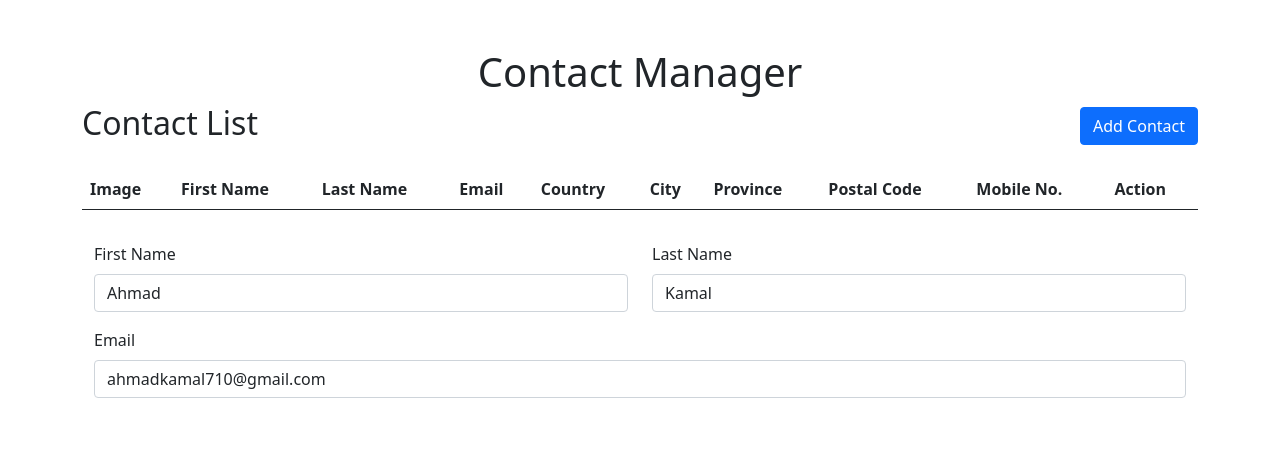
Repository: ahmadunitedsol710/contact-project
Page: /
An editor plug-in stored every save of this project. The page is shown before and after a run of saves, followed by the edit.
The browser window is 1280 px wide. The pictures show the whole page.
The project was rebuilt for these pictures with package versions that can differ from the ones it lists, and the page was loaded fresh each time. Also part of the build but not shown: src/Components/AddContact.js.

Above is the page before, as saved 2024-07-25 16:01:16.

After the next 4 saves:
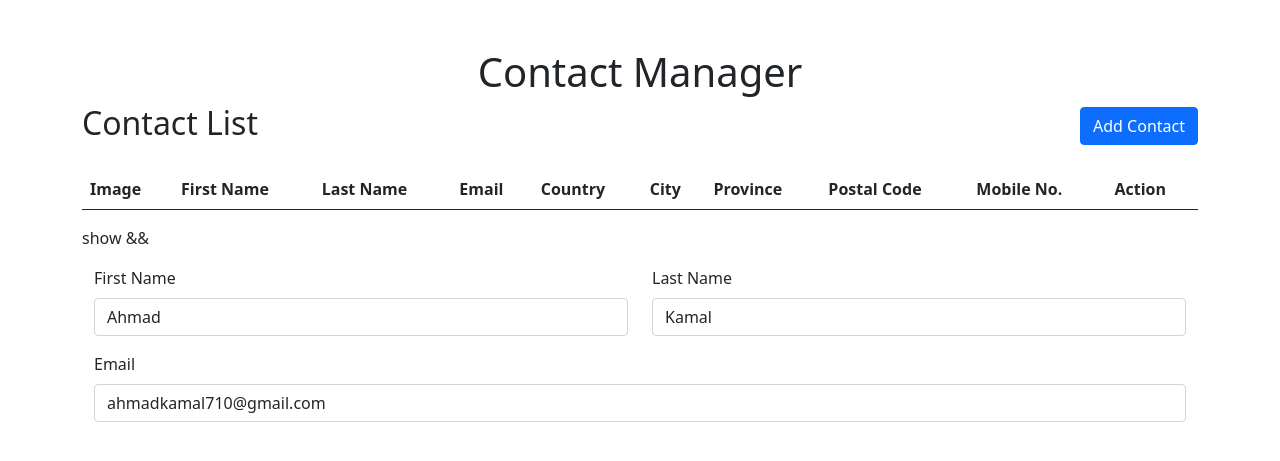
The 4 saves are shown as one change because they came seconds apart.
The last was saved 22 s later.
--- a/src/Components/ContactCard.js
+++ b/src/Components/ContactCard.js
@@ -43,7 +43,7 @@ const ContactCard = (props) => {
                 )}
             </tbody>
         </table>
-           <ContactDetails/>
+        show &&   <ContactDetails/>
         </>
     )
 }
